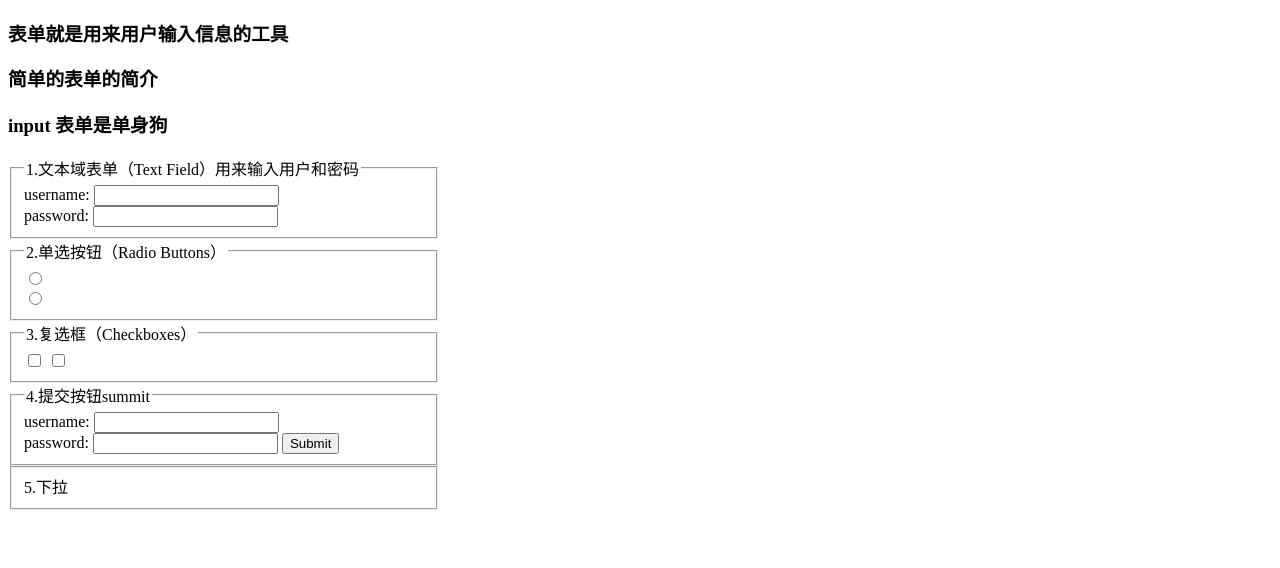
Repository: jarvanstack/vscode
Page: HTML/HTML中From表单.html
These files come from the project's save history. The page is drawn as it stood at one moment and after the next save; the edit follows.
The browser window is 1280 px wide. The pictures show the whole page.

Above is the page before, as saved 2020-06-11 09:58:19.

After the next save:
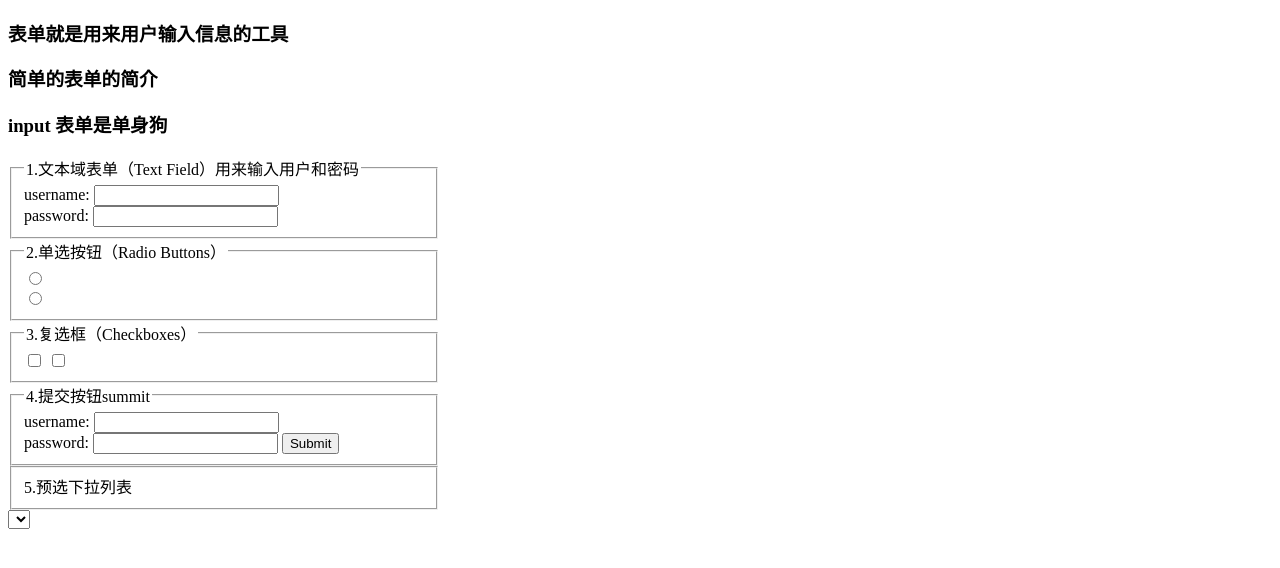
Saved 46 s later.
--- a/HTML/HTML中From表单.html
+++ b/HTML/HTML中From表单.html
@@ -67,7 +67,10 @@
         </fieldset>
     </form>
     <form action="post">
-        <fieldset>5.下拉</fieldset>
+        <fieldset>5.预选下拉列表</fieldset>
+        <select name="cars" id="">
+
+        </select>
     </form>
 </body>
 
